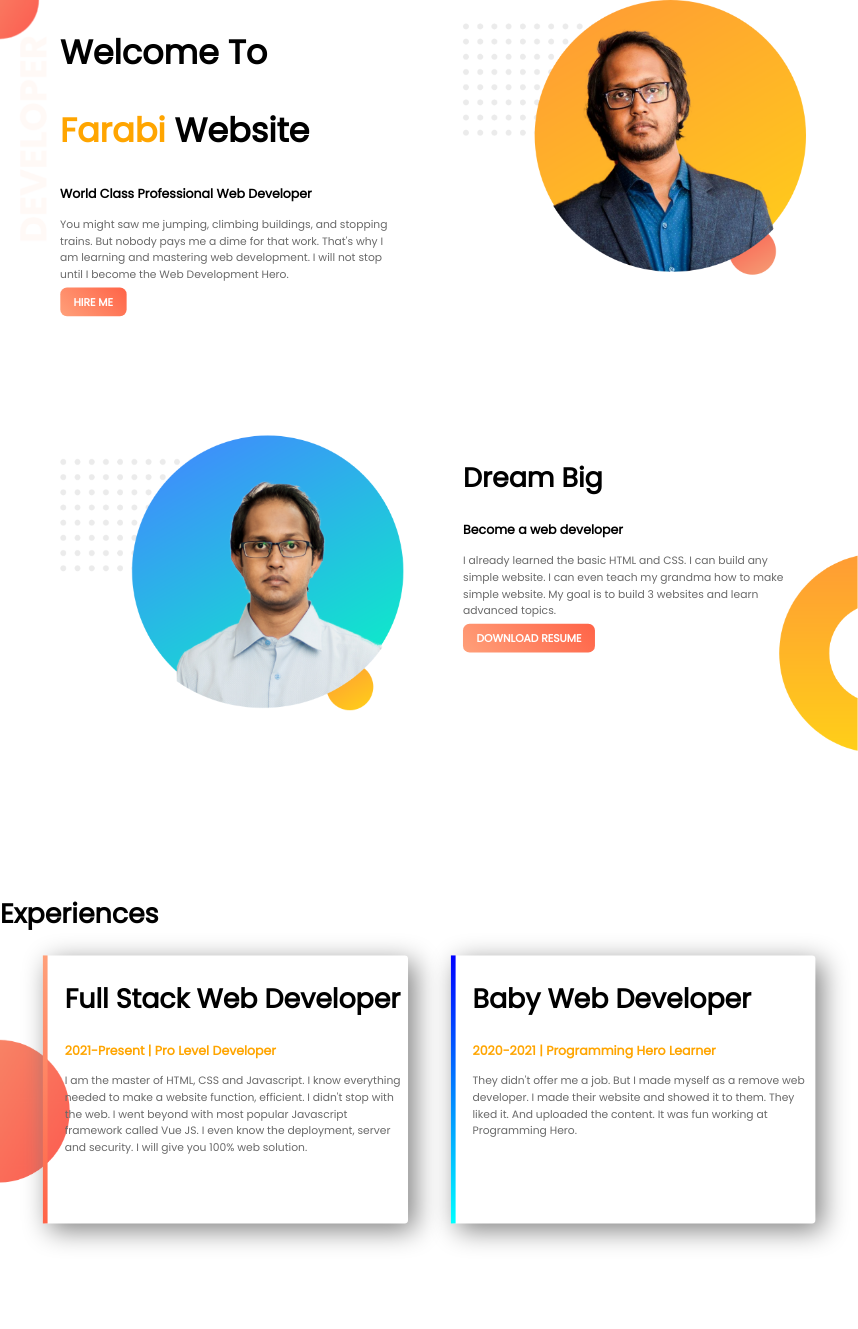
Repository: mohsinfarabi/web-portfolio
Page: index.html
The author's editor kept a copy of each file at every save. The page is drawn from the files as they stood at one save, then again after the next save.
The browser window is 1280 px wide. The pictures show the whole page, at 67% of full size.

Above is the page before, as saved 2020-07-01 00:07:18.

After the next save:
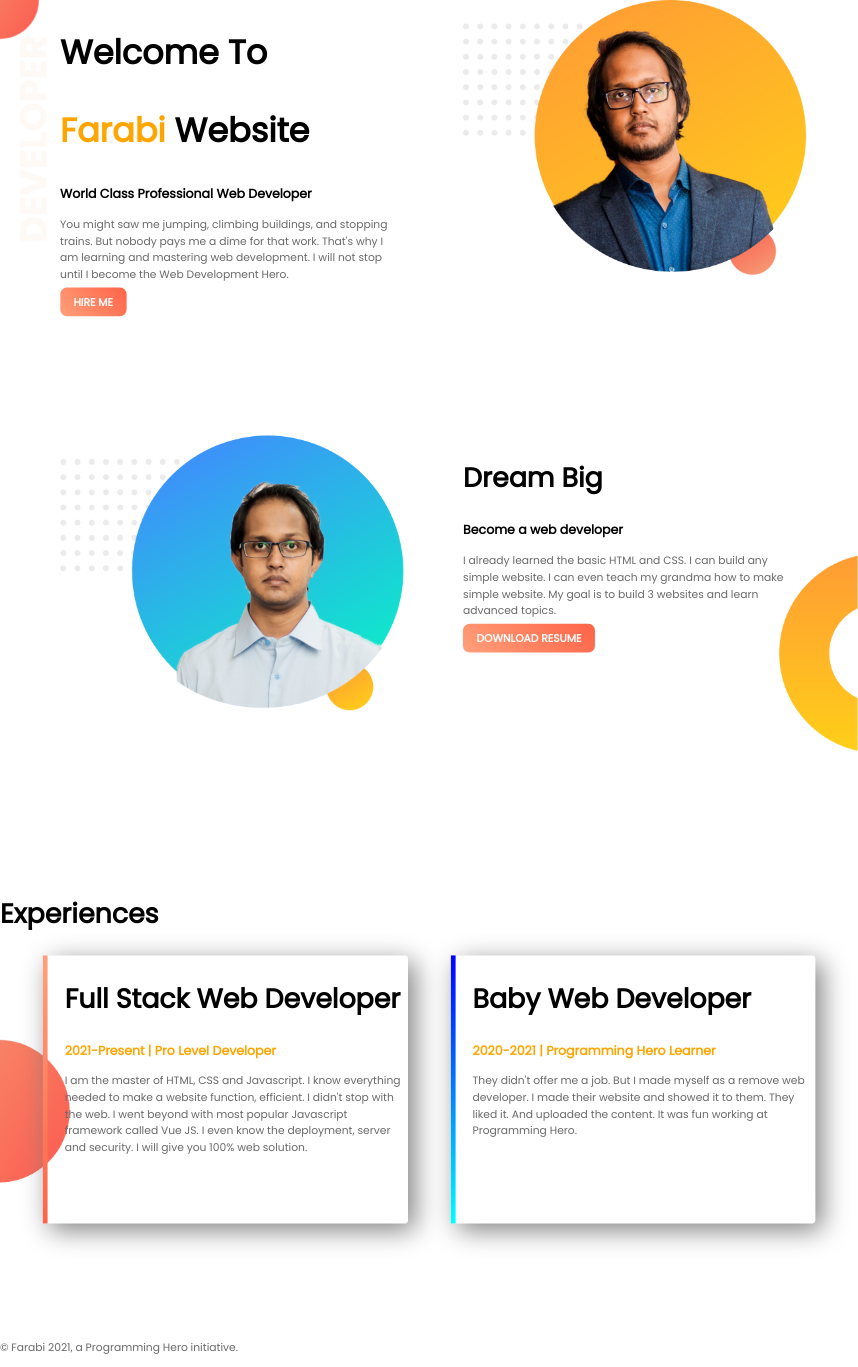
Saved 2 min 33 s later.
--- a/index.html
+++ b/index.html
@@ -49,6 +49,9 @@
         </div>
         </div>
     </section>
+    <footer>
+        <p>© Farabi 2021, a Programming Hero initiative.</p>
+    </footer>
 </body>
 
 </html>
